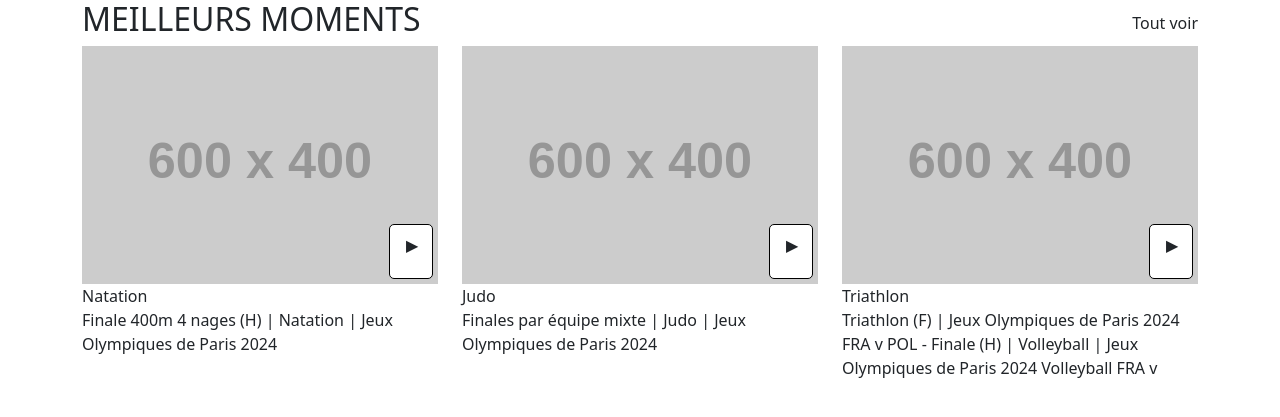
Repository: fbansept/ran3_24_jeu
Page: index.html
An editor plug-in stored every save of this project. The page is shown before and after the next save, followed by the edit.
The browser window is 1280 px wide. The pictures show the whole page.

Above is the page before, as saved 2024-10-14 15:56:22.

After the next save:
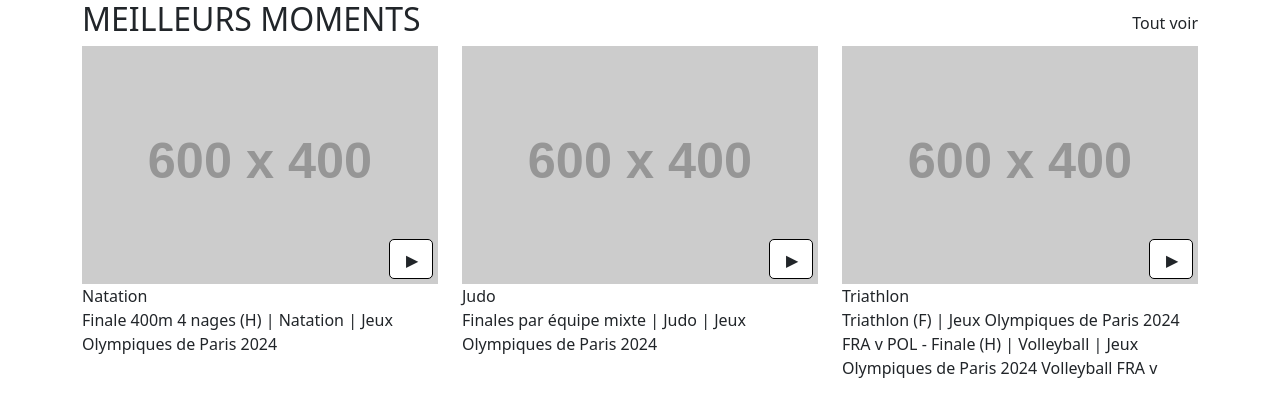
Saved 7 s later.
--- a/styles.css
+++ b/styles.css
@@ -21,7 +21,7 @@ main > section > div > article > .image > .bouton-play {
   border-radius: 5px;
   border: 1px solid black;
   width: 44px;
-  height: 55px;
+  height: 40px;
   text-align: center;
   background-color: white;
 }
